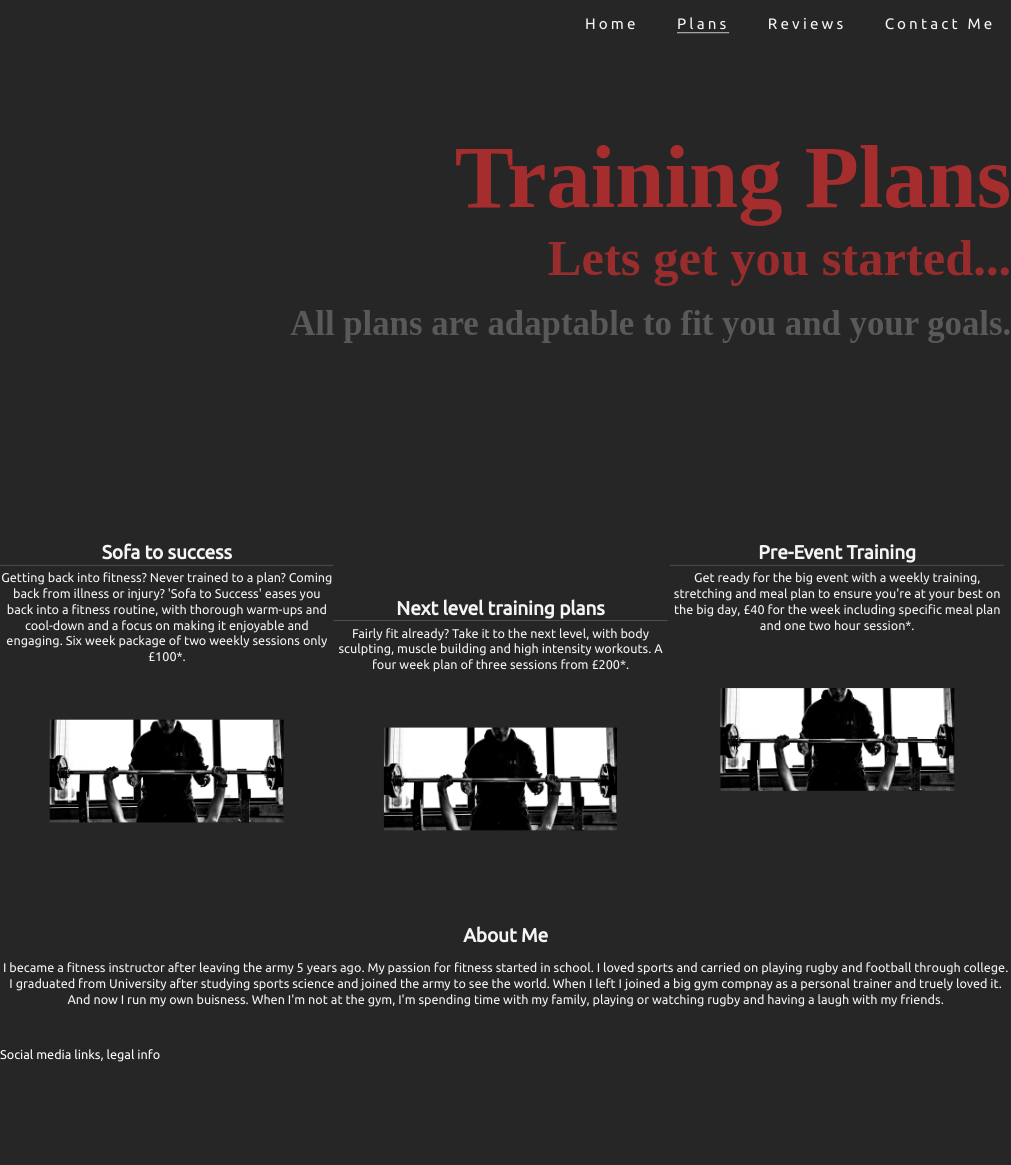
Repository: ClaireRoberts1403/Joe-Bloggs-Personal-Trainer
Page: html/plans.html
The author's editor kept a record of every edit. The page is drawn from the files as they stood at one moment, then again after the next edit.
The browser window is 1280 px wide. The pictures show the whole page, at 79% of full size.
Some web fonts or font styles are not loaded; a fallback is used.

Above is the page before.

After the next edit:
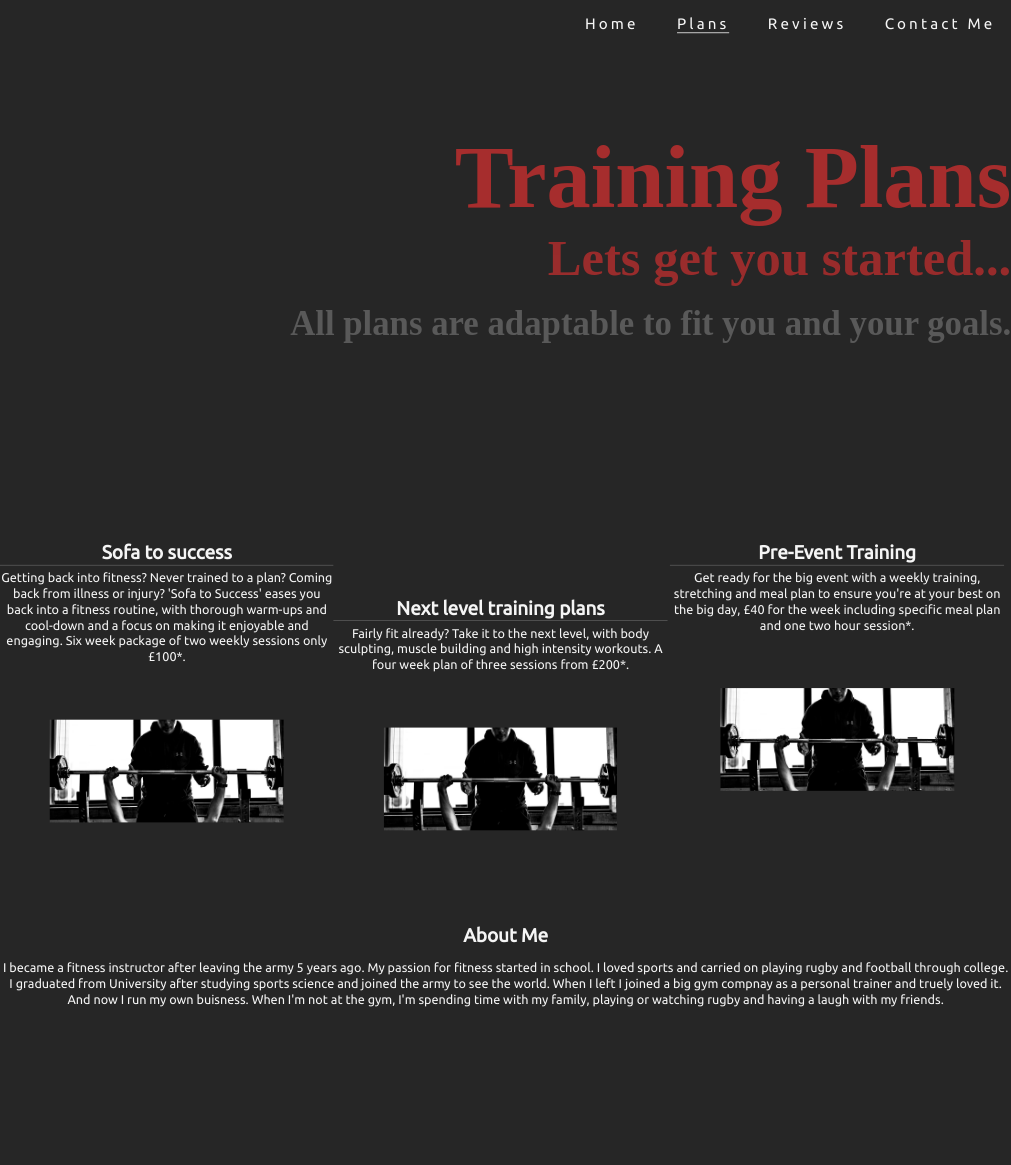
The edit:
--- a/html/plans.html
+++ b/html/plans.html
@@ -92,7 +92,12 @@
 	</section>
 
 	<footer>
-		Social media links, legal info
+		<ul class="social-networks">
+			<li><a href="http://www.facebook.com" target="_blank"><i class="fab fa-facebook-square"></i></a></li>
+			<li><a href="http://www.twitter.com" target="_blank"><i class="fab fa-twitter-square"></i><a/></li>
+			<li><a href="http://www.youtube.com" target="_blank"><i class="fab fa-youtube-square"></i><a/></li>
+			<li><a href="http://www.instagram.com" target="_blank"><i class="fab fa-instagram"></i></a></li>
+		</ul>
 	</footer>
 
 </body>
